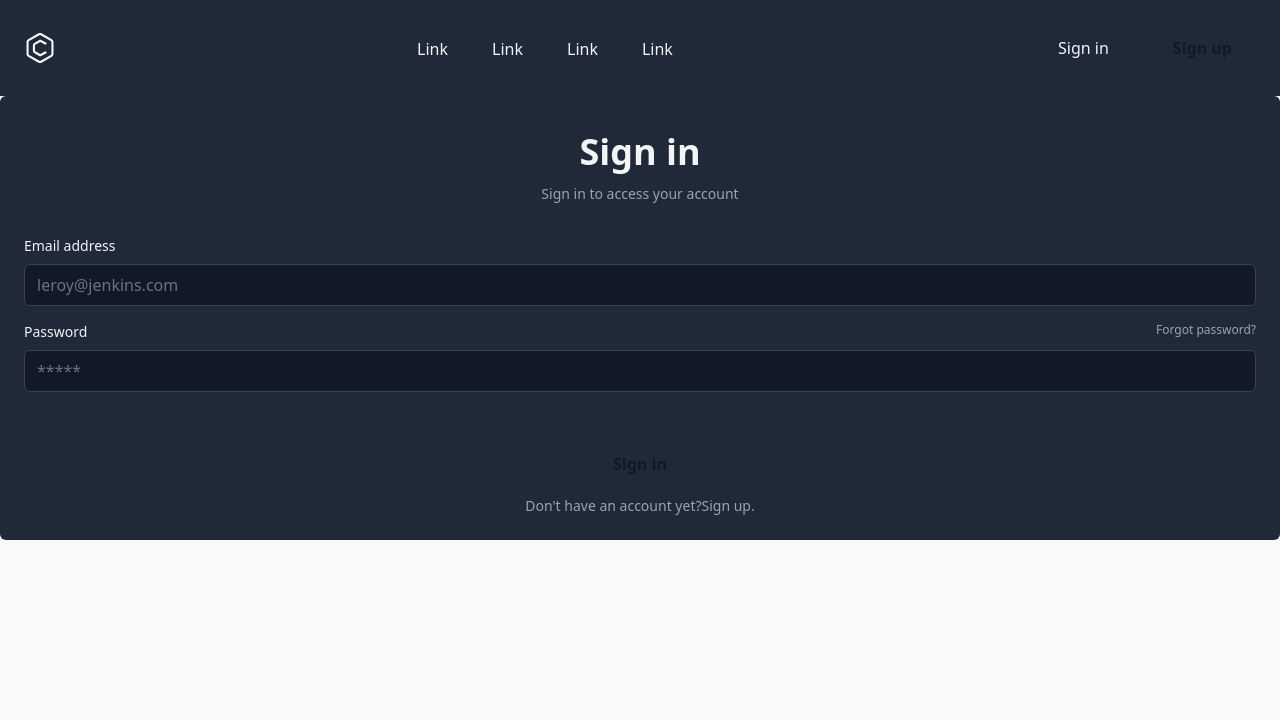
Repository: erulabs243/museum
Page: /login
An editor plug-in stored every save of this project. The page is shown before and after the next save, followed by the edit.
The browser window is 1280 px wide. The pictures show the whole page.
The project was rebuilt for these pictures with package versions that can differ from the ones it lists, and the page was loaded fresh each time. Also part of the build but not shown: vite.config.js, src/pages/admin/Home.jsx, src/pages/commons/NotFound.jsx, src/components/atoms/TagBadge.jsx, src/components/atoms/MyAudioPlayer.jsx, src/components/atoms/MyVideoPlayer.jsx, src/components/atoms/MediaCard.jsx, src/components/sections/Testimonial.jsx and 16 more.

Above is the page before, as saved 2022-08-10 18:52:47.

### index.html
<!DOCTYPE html>
<html lang="en">
  <head>
    <meta charset="UTF-8" />
    <link rel="icon" type="image/svg+xml" href="/vite.svg" />
    <link rel="stylesheet" href="src/theme/App.css">
    <meta name="viewport" content="width=device-width, initial-scale=1.0" />
    <title>Museum...</title>
  </head>
  <body class="bg-gray-50">
    <div id="root"></div>
    <script type="module" src="/src/main.jsx"></script>
  </body>
</html>

### src/App.jsx
'use strict';

import {BrowserRouter, Route, Routes} from 'react-router-dom';
import { AdminRoutes, CommonsRoutes, UserRoutes, AuthRoutes } from './routes';

const App = () => {
  return (
      <BrowserRouter>
        <Routes>
          {AuthRoutes.map(route => <Route path={route.path} key={route.path} element={route.element} />)}
          {UserRoutes.map(route => <Route path={route.path} key={route.path} element={route.element} />)}
          {AdminRoutes.map(route => <Route path={route.path} key={route.path} element={route.element} />)}
          {CommonsRoutes.map(route => <Route path={route.path} key={route.path} element={route.element} />)}
        </Routes>
      </BrowserRouter>
  );
};

export default App

### src/routes/index.jsx
'use strict';

import AdminRoutes from "./AdminRoutes";
import CommonsRoutes from "./CommonsRoutes";
import UserRoutes from "./UserRoutes";
import AuthRoutes from "./AuthRoutes";

export {UserRoutes, AdminRoutes, CommonsRoutes, AuthRoutes};

### src/routes/AdminRoutes.jsx
'use strict';

import { Home } from "../pages/admin";

const AdminRoutes = [
    {
        path: '/admin',
        element: <Home />
    }
];

export default AdminRoutes;

### src/routes/CommonsRoutes.jsx
'use strict';

import { NotFound } from '../pages/commons';

const CommonsRoutes = [
    {
        path: '*',
        element: <NotFound />
    }
];

export default CommonsRoutes;

### src/routes/UserRoutes.jsx
'use strict';

import {
    About,
    Contact,
    Gallery,
    Home,
    Library,
    Podcast,
    Story,
    Testimonials,
    Videos
} from '../pages/user';

const UserRoutes = [
    {
        path: '/',
        element: <Home />
    },
    {
        path: '/contact',
        element: <Contact />
    },
    {
        path: '/library',
        element: <Library />
    },
    {
        path: '/stories',
        element: <Testimonials />
    },
    {
        path: '/stories/:slug',
        element: <Story />
    },
    {
        path: '/gallery',
        element: <Gallery />
    },
    {
        path: '/videos',
        element: <Videos />
    },
    {
        path: '/podcast',
        element: <Podcast />
    },
    {
        path: '/about',
        element: <About />
    }
];

export default UserRoutes;

### src/routes/AuthRoutes.jsx
'use strict';

import { Login } from '../pages/auth';

const AuthRoutes = [
    {
        path: '/login',
        element: <Login />
    }
];

export default AuthRoutes;

### src/pages/admin/index.jsx
'use strict';

import Home from './Home';

export {Home};

### src/pages/commons/index.jsx
'use strict';

import NotFound from './NotFound';

export { NotFound };

### src/pages/user/index.jsx
'use strict';

import Blog from './Blog';
import Contact from './Contact';
import Gallery from './Gallery';
import Library from './Library';
import Podcast from './Podcast';
import Testimonials from './Testimonials';
import Videos from './Videos';
import Home from './Home';
import Story from './Story';
import About from './About';

export { Home, Blog, Contact, Gallery, Library, Podcast, Testimonials, Videos, Story, About };

### src/pages/auth/index.jsx
'use strict';

import Login from "./Login";

export {Login};

### src/pages/auth/Login.jsx
'use strict';

const Login = () => {
    return (
        <main>
            <header className="p-4 bg-gray-800 text-gray-100">
                <div className="container flex justify-between h-16 mx-auto">
                    <a
                        rel="noopener noreferrer"
                        href="#"
                        aria-label="Back to homepage"
                        className="flex items-center p-2">
                        <svg
                            xmlns="http://www.w3.org/2000/svg"
                            fill="currentColor"
                            viewBox="0 0 32 32"
                            className="w-8 h-8 text-violet-400">
                            <path d="M27.912 7.289l-10.324-5.961c-0.455-0.268-1.002-0.425-1.588-0.425s-1.133 0.158-1.604 0.433l0.015-0.008-10.324 5.961c-0.955 0.561-1.586 1.582-1.588 2.75v11.922c0.002 1.168 0.635 2.189 1.574 2.742l0.016 0.008 10.322 5.961c0.455 0.267 1.004 0.425 1.59 0.425 0.584 0 1.131-0.158 1.602-0.433l-0.014 0.008 10.322-5.961c0.955-0.561 1.586-1.582 1.588-2.75v-11.922c-0.002-1.168-0.633-2.189-1.573-2.742zM27.383 21.961c0 0.389-0.211 0.73-0.526 0.914l-0.004 0.002-10.324 5.961c-0.152 0.088-0.334 0.142-0.53 0.142s-0.377-0.053-0.535-0.145l0.005 0.002-10.324-5.961c-0.319-0.186-0.529-0.527-0.529-0.916v-11.922c0-0.389 0.211-0.73 0.526-0.914l0.004-0.002 10.324-5.961c0.152-0.090 0.334-0.143 0.53-0.143s0.377 0.053 0.535 0.144l-0.006-0.002 10.324 5.961c0.319 0.185 0.529 0.527 0.529 0.916z"></path>
                            <path d="M22.094 19.451h-0.758c-0.188 0-0.363 0.049-0.515 0.135l0.006-0.004-4.574 2.512-5.282-3.049v-6.082l5.282-3.051 4.576 2.504c0.146 0.082 0.323 0.131 0.508 0.131h0.758c0.293 0 0.529-0.239 0.529-0.531v-0.716c0-0.2-0.11-0.373-0.271-0.463l-0.004-0.002-5.078-2.777c-0.293-0.164-0.645-0.26-1.015-0.26-0.39 0-0.756 0.106-1.070 0.289l0.010-0.006-5.281 3.049c-0.636 0.375-1.056 1.055-1.059 1.834v6.082c0 0.779 0.422 1.461 1.049 1.828l0.009 0.006 5.281 3.049c0.305 0.178 0.67 0.284 1.061 0.284 0.373 0 0.723-0.098 1.027-0.265l-0.012 0.006 5.080-2.787c0.166-0.091 0.276-0.265 0.276-0.465v-0.716c0-0.293-0.238-0.529-0.529-0.529z"></path>
                        </svg>
                    </a>
                    <ul className="items-stretch hidden space-x-3 lg:flex">
                        <li className="flex">
                            <a
                                rel="noopener noreferrer"
                                href="#"
                                className="flex items-center px-4 -mb-1 border-b-2 border-transparent text-violet-400 border-violet-400">
                                Link
                            </a>
                        </li>
                        <li className="flex">
                            <a
                                rel="noopener noreferrer"
                                href="#"
                                className="flex items-center px-4 -mb-1 border-b-2 border-transparent">
                                Link
                            </a>
                        </li>
                        <li className="flex">
                            <a
                                rel="noopener noreferrer"
                                href="#"
                                className="flex items-center px-4 -mb-1 border-b-2 border-transparent">
                                Link
                            </a>
                        </li>
                        <li className="flex">
                            <a
                                rel="noopener noreferrer"
                                href="#"
                                className="flex items-center px-4 -mb-1 border-b-2 border-transparent">
                                Link
                            </a>
                        </li>
                    </ul>
                    <div className="items-center flex-shrink-0 hidden lg:flex">
                        <button className="self-center px-8 py-3 rounded">Sign in</button>
                        <button className="self-center px-8 py-3 font-semibold rounded bg-violet-400 text-gray-900">
                            Sign up
                        </button>
                    </div>
                    <button className="p-4 lg:hidden">
                        <svg
                            xmlns="http://www.w3.org/2000/svg"
                            fill="none"
                            viewBox="0 0 24 24"
                            stroke="currentColor"
                            className="w-6 h-6 text-gray-100">
                            <path
                                strokeLinecap="round"
                                strokeLinejoin="round"
                                strokeWidth="2"
                                d="M4 6h16M4 12h16M4 18h16"></path>
                        </svg>
                    </button>
                </div>
            </header>

            <div className="flex flex-col max-w-md p-6 rounded-md sm:p-10 bg-gray-800 text-gray-100">
                <div className="mb-8 text-center">
                    <h1 className="my-3 text-4xl font-bold">Sign in</h1>
                    <p className="text-sm text-gray-400">Sign in to access your account</p>
                </div>
                <form
                    noValidate=""
                    action=""
                    className="space-y-12 ng-untouched ng-pristine ng-valid">
                    <div className="space-y-4">
                        <div>
                            <label htmlFor="email" className="block mb-2 text-sm">
                                Email address
                            </label>
                            <input
                                type="email"
                                name="email"
                                id="email"
                                placeholder="leroy@jenkins.com"
                                className="w-full px-3 py-2 border rounded-md border-gray-700 bg-gray-900 text-gray-100"
                            />
                        </div>
                        <div>
                            <div className="flex justify-between mb-2">
                                <label htmlFor="password" className="text-sm">
                                    Password
                                </label>
                                <a
                                    rel="noopener noreferrer"
                                    href="#"
                                    className="text-xs hover:underline text-gray-400">
                                    Forgot password?
                                </a>
                            </div>
                            <input
                                type="password"
                                name="password"
                                id="password"
                                placeholder="*****"
                                className="w-full px-3 py-2 border rounded-md border-gray-700 bg-gray-900 text-gray-100"
                            />
                        </div>
                    </div>
                    <div className="space-y-2">
                        <div>
                            <button
                                type="button"
                                className="w-full px-8 py-3 font-semibold rounded-md bg-violet-400 text-gray-900">
                                Sign in
                            </button>
                        </div>
                        <p className="px-6 text-sm text-center text-gray-400">
                            Don't have an account yet?
                            <a
                                rel="noopener noreferrer"
                                href="#"
                                className="hover:underline text-violet-400">
                                Sign up
                            </a>
                            .
                        </p>
                    </div>
                </form>
            </div>
        </main>
    );
};

export default Login;

### src/components/sections/index.jsx
'use strict';

import Navbar from './Navbar';
import Footer from './Footer';
import Testimonial from './Testimonial';
import LibraryHeader from './LibraryHeader';
import Pagination from './Pagination';
import Article from './Article';
import Image from './Image';
import Modal from './Modal';

export { Navbar, Footer, Testimonial, LibraryHeader, Pagination, Article, Image, Modal };

### src/components/atoms/index.jsx
'use strict';

import NavLink from './headers/NavLink';
import Button from './headers/Button';
import TagBadge from './TagBadge';
import MyAudioPlayer from './MyAudioPlayer';
import MyVideoPlayer from './MyVideoPlayer';
import MediaCard from './MediaCard';

export { Button, NavLink, TagBadge, MyAudioPlayer, MyVideoPlayer, MediaCard };

### src/components/sections/Navbar.jsx
'use strict';

import { Button, NavLink } from '../atoms';

import { MenuAlt1Icon } from '@heroicons/react/solid';

const setActiveMenu = (menu) => {
    const urlHref = window.location.href;
    let url = urlHref;
    url = url.substring(url.lastIndexOf('/') + 1);
    if (
        urlHref.includes('stories') ||
        urlHref.includes('videos') ||
        urlHref.includes('podcast') ||
        urlHref.includes('gallery')
    )
        url = 'library';

    return menu == 'home' && url == '' ? true : url.includes(menu);
};

const Navbar = () => {
    return (
        <header className="p-4 sticky top-0 bg-gray-50 text-gray-700">
            <div className="container flex justify-between h-16 mx-auto">
                <a
                    rel="noopener noreferrer"
                    href="#"
                    aria-label="Back to homepage"
                    className="flex items-center p-2">
                    <svg
                        xmlns="http://www.w3.org/2000/svg"
                        fill="currentColor"
                        viewBox="0 0 32 32"
                        className="w-8 h-8 text-red-500">
                        <path d="M27.912 7.289l-10.324-5.961c-0.455-0.268-1.002-0.425-1.588-0.425s-1.133 0.158-1.604 0.433l0.015-0.008-10.324 5.961c-0.955 0.561-1.586 1.582-1.588 2.75v11.922c0.002 1.168 0.635 2.189 1.574 2.742l0.016 0.008 10.322 5.961c0.455 0.267 1.004 0.425 1.59 0.425 0.584 0 1.131-0.158 1.602-0.433l-0.014 0.008 10.322-5.961c0.955-0.561 1.586-1.582 1.588-2.75v-11.922c-0.002-1.168-0.633-2.189-1.573-2.742zM27.383 21.961c0 0.389-0.211 0.73-0.526 0.914l-0.004 0.002-10.324 5.961c-0.152 0.088-0.334 0.142-0.53 0.142s-0.377-0.053-0.535-0.145l0.005 0.002-10.324-5.961c-0.319-0.186-0.529-0.527-0.529-0.916v-11.922c0-0.389 0.211-0.73 0.526-0.914l0.004-0.002 10.324-5.961c0.152-0.090 0.334-0.143 0.53-0.143s0.377 0.053 0.535 0.144l-0.006-0.002 10.324 5.961c0.319 0.185 0.529 0.527 0.529 0.916z"></path>
                        <path d="M22.094 19.451h-0.758c-0.188 0-0.363 0.049-0.515 0.135l0.006-0.004-4.574 2.512-5.282-3.049v-6.082l5.282-3.051 4.576 2.504c0.146 0.082 0.323 0.131 0.508 0.131h0.758c0.293 0 0.529-0.239 0.529-0.531v-0.716c0-0.2-0.11-0.373-0.271-0.463l-0.004-0.002-5.078-2.777c-0.293-0.164-0.645-0.26-1.015-0.26-0.39 0-0.756 0.106-1.070 0.289l0.010-0.006-5.281 3.049c-0.636 0.375-1.056 1.055-1.059 1.834v6.082c0 0.779 0.422 1.461 1.049 1.828l0.009 0.006 5.281 3.049c0.305 0.178 0.67 0.284 1.061 0.284 0.373 0 0.723-0.098 1.027-0.265l-0.012 0.006 5.080-2.787c0.166-0.091 0.276-0.265 0.276-0.465v-0.716c0-0.293-0.238-0.529-0.529-0.529z"></path>
                    </svg>
                    <span className="ml-2 text-xl font-semibold text-red-500">Museum</span>
                </a>
                <div className="absolute right-7 self-center lg:hidden">
                    <MenuAlt1Icon className="peer sticky w-7 h-7 text-gray-700 hover:text-red-500 hover:cursor-pointer" />
                    <ul className="peer-hover:flex items-stretch space-x-3 lg:hidden">
                        <li className="flex">
                            <NavLink
                                link={{ name: 'Accueil', path: '', active: setActiveMenu('home') }}
                            />
                        </li>
                        <li className="flex">
                            <NavLink
                                link={{
                                    name: 'Bibliotheque',
                                    path: 'stories',
                                    active: setActiveMenu('library')
                                }}
                            />
                        </li>
                        <li className="flex">
                            <NavLink
                                link={{
                                    name: 'A propos',
                                    path: 'about',
                                    active: setActiveMenu('about')
                                }}
                            />
                        </li>
                        <li className="flex">
                            <NavLink
                                link={{
                                    name: 'Contact',
                                    path: 'contact',
                                    active: setActiveMenu('contact')
                                }}
                            />
                        </li>
                    </ul>
                </div>
                <ul className="items-stretch hidden space-x-3 lg:flex">
                    <li className="flex">
                        <NavLink
                            link={{ name: 'Accueil', path: '', active: setActiveMenu('home') }}
                        />
                    </li>
                    <li className="flex">
                        <NavLink
                            link={{
                                name: 'Bibliotheque',
                                path: 'stories',
                                active: setActiveMenu('library')
                            }}
                        />
                    </li>
                    <li className="flex">
                        <NavLink
                            link={{
                                name: 'A propos',
                                path: 'about',
                                active: setActiveMenu('about')
                            }}
                        />
                    </li>
                    <li className="flex">
                        <NavLink
                            link={{
                                name: 'Contact',
                                path: 'contact',
                                active: setActiveMenu('contact')
                            }}
                        />
                    </li>
                </ul>
                <div className="items-center flex-shrink-0 hidden lg:flex">
                    {/* <button className="self-center px-8 py-3 rounded">Sign in</button> */}
                    <Button link={{ name: 'Connexion', path: 'login' }} />
                </div>
                <button className="p-4 lg:hidden">
                    <svg
                        xmlns="http://www.w3.org/2000/svg"
                        fill="none"
                        viewBox="0 0 24 24"
                        stroke="currentColor"
                        className="w-6 h-6 text-gray-100">
                        <path
                            strokeLinecap="round"
                            strokeLinejoin="round"
                            strokeWidth="2"
                            d="M4 6h16M4 12h16M4 18h16"></path>
                    </svg>
                </button>
            </div>
        </header>
    );
};

export default Navbar;

### src/components/atoms/headers/NavLink.jsx
'use strict';

import { Link } from 'react-router-dom';

const NavLink = ({ link = {} }) => {
  return (
    <Link
      rel="noopener noreferrer"
      to={`/${link.path}`}
      className={
        link.active
          ? 'flex items-center px-4 -mb-1 border-b-2 dark:border-transparent dark:text-red-500 dark:border-red-500'
          : 'flex items-center px-4 -mb-1 border-b-2 dark:border-transparent'
      }>
      {link.name}
    </Link>
  );
};

export default NavLink;

### src/components/atoms/headers/Button.jsx
'use strict';

import PropTypes from 'prop-types';
import { Link } from 'react-router-dom';

const Button = ({ link = {} }) => {
    return (
        <Link
            to={`/${link.path}`}
            className="self-center px-8 py-3 font-semibold rounded bg-red-500 text-gray-900">
            {link.name}
        </Link>
    );
};

Button.propTypes = {
    link: PropTypes.object.isRequired
};

export default Button;

Loaded but not shown: src/main.jsx (common file); src/theme/App.css (2450 lines, source omitted); src/components/sections/Footer.jsx (105 lines, source omitted)

After the next save:
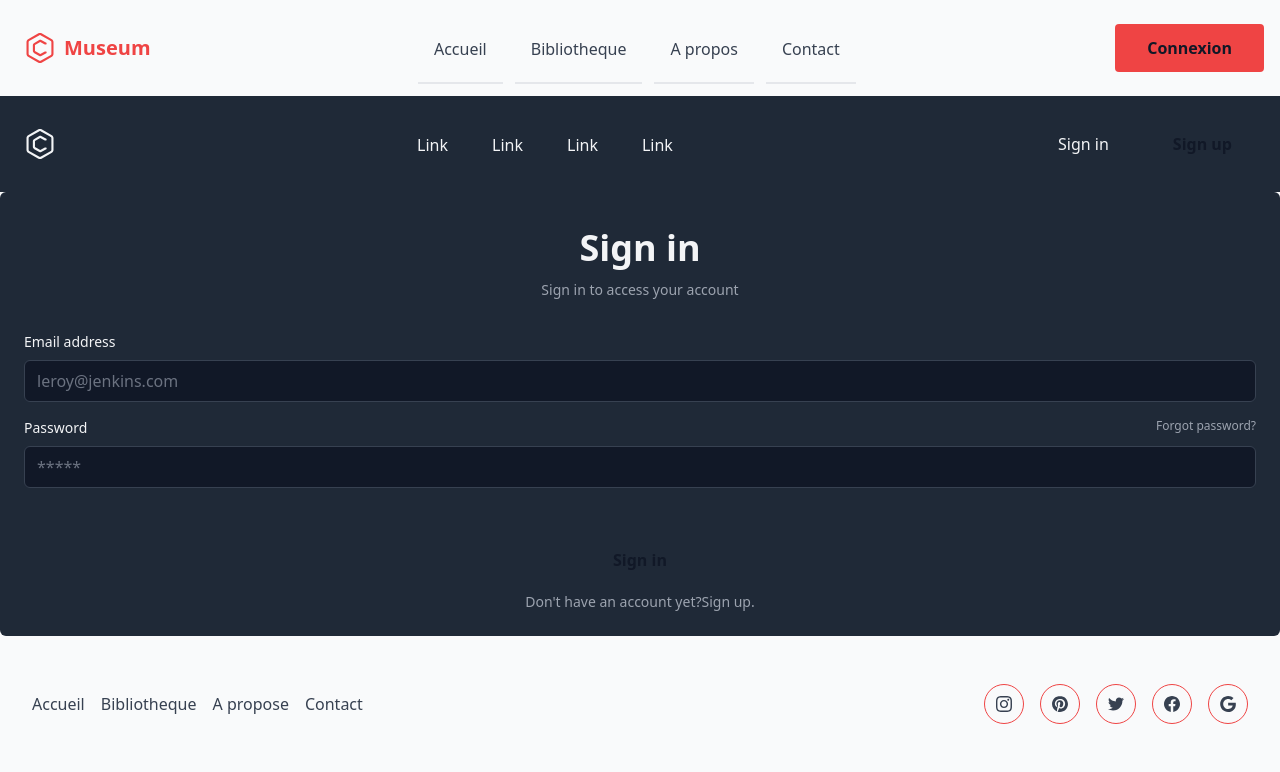
Saved 37 s later.
--- a/src/pages/auth/Login.jsx
+++ b/src/pages/auth/Login.jsx
@@ -1,8 +1,11 @@
 'use strict';
+
+import { Navbar, Footer } from '../../components/sections';
 
 const Login = () => {
     return (
         <main>
+            <Navbar />
             <header className="p-4 bg-gray-800 text-gray-100">
                 <div className="container flex justify-between h-16 mx-auto">
                     <a
@@ -140,6 +143,8 @@ const Login = () => {
                     </div>
                 </form>
             </div>
+
+            <Footer />
         </main>
     );
 };
